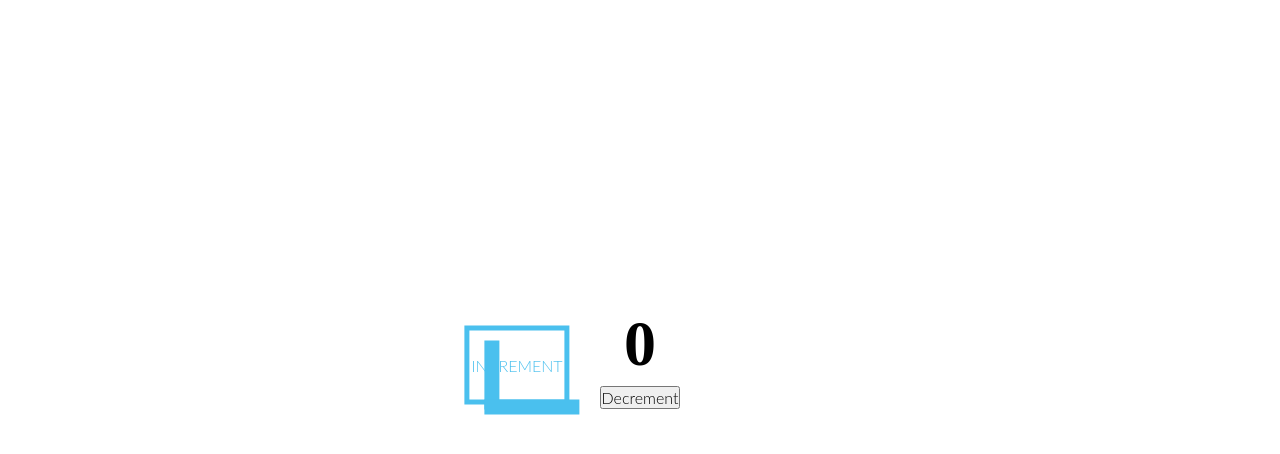
Repository: Ellisvelandia/react_introduction_test
Page: /
These files come from the project's save history. The page is drawn as it stood at one moment and after a run of saves; the edit follows.
The browser window is 1280 px wide. The pictures show the whole page.
The project was rebuilt for these pictures with package versions that can differ from the ones it lists, and the page was loaded fresh each time. Also part of the build but not shown: src/index.css.

Above is the page before, as saved 2022-08-15 20:10:37.

### src/App.js
import "./App.scss";
import React, { useState } from "react";

const App = () => {
  const [num, changeNum] = useState(0);

  const incrementNum = () => {
    changeNum(num + 2);
  };

  const decrementNum = () => {
    if (num - 1 < 0) {
      alert(`you can't decrease than 0`);
    } else {
      changeNum(num - 2);
    }
  };

  return (
    <>
      <div className="container">
        <h1>{num}</h1>
        <button className="button_I" onClick={incrementNum}>Increment</button>
        <button className="button_D" onClick={decrementNum}>Decrement</button>
      </div>
    </>
  );
};

export default App;

### src/App.scss
* {
  margin: 0;
  padding: 0;
  box-sizing: border-box;
}

body {
  width: 100%;
  height: 100vh;
  display: flex;
  justify-content: center;
  align-items: center;
  flex-direction: column;
}

.container {
  align-self: center;
}

h1 {
  text-align: center;
  font-size: 4rem;
}

button {
  font-size: 1rem;
  margin: 5px;
  font-family: "Lato", sans-serif;
  font-weight: 300;
}


.button_I {
  position: absolute;
  left: 40%;
  top: 50%;
  transform: translateX(-50%) translateY(-50%);

  background: #fff;
  max-width: 120px;
  padding: 25px 2px;

  border: 5px solid #4ac0ee;
  color: #4ac0ee;
  text-transform: uppercase;
  text-align: center;

  z-index: 2;
  transition: all 0.15s 0.15s ease-out;

  &:after,
  &:before {
    position: absolute;
    width: 100%;
    max-width: 100%;
    top: 100%;
    left: 0;
    bottom: -10px;
    content: "";
    z-index: 1;
    transition: all 0.15s 0.15s ease-out;
  }

  &:before {
    background: #4ac0ee;
    top: 10px;
    left: 15px;
    height: 100%;
    width: 15px;
  }

  &:after {
    width: 100%;
    background: #4ac0ee;
    right: 0px;
    left: 15px;
    height: 15px;
  }

  &:hover {
    background: #4ac0ee;
    color: #fff;
    margin-left: -7.5px;
    margin-bottom: -7.5px;

    &:after,
    &:before {
      top: 100%;
      left: 0;
      bottom: 0px;
    }

    &:before {
      top: 0px;
      left: 0px;
      width: 0px;
    }

    &:after {
      right: 0px;
      left: 0px;
      height: 0px;
    }
  }
}

Loaded but not shown: public/index.html (common file); src/index.js (common file); src/reportWebVitals.js (common file)

After the next 2 saves:
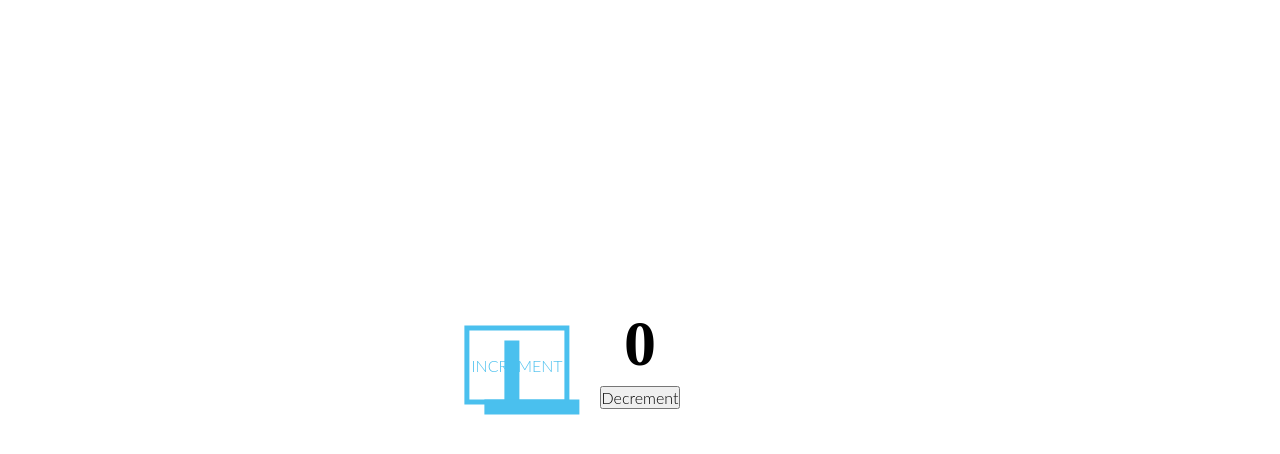
The 2 saves are shown as one change because they came seconds apart.
The last was saved 8 s later.
--- a/src/App.scss
+++ b/src/App.scss
@@ -64,7 +64,7 @@ button {
   &:before {
     background: #4ac0ee;
     top: 10px;
-    left: 15px;
+    left: 35px;
     height: 100%;
     width: 15px;
   }
